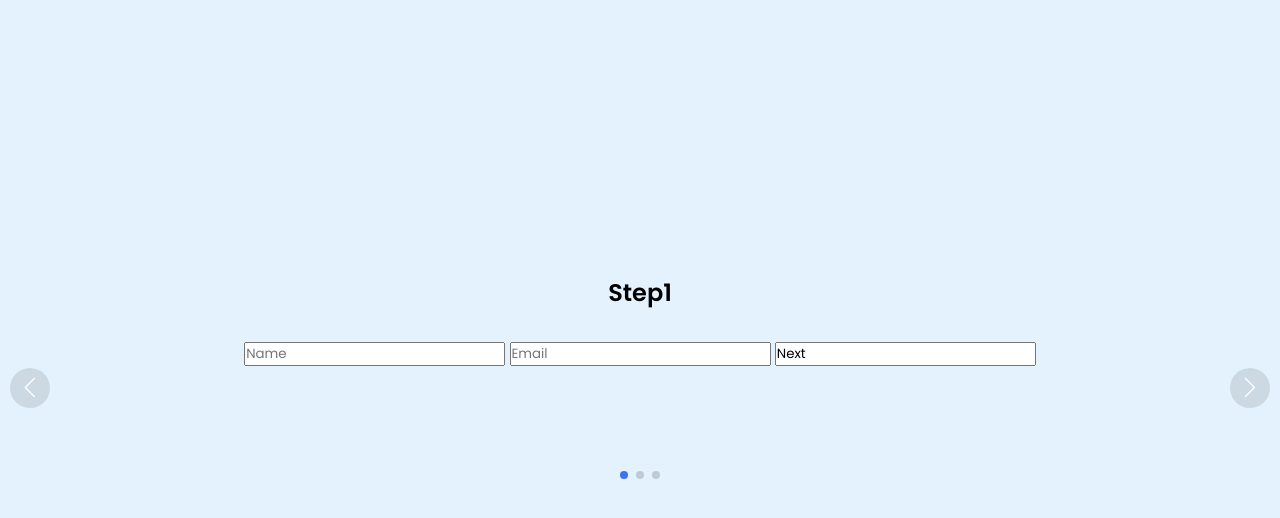
Repository: Habeebur1493/-22-multi-step-form
Page: index.html
These files come from the project's save history. The page is drawn as it stood at one moment and after the next save; the edit follows.
The browser window is 1280 px wide. The pictures show the whole page.

Above is the page before, as saved 2024-10-13 12:42:11.

### index.html
<!DOCTYPE html>
<html lang="en">
  <head>
    <meta charset="UTF-8" />
    <meta http-equiv="X-UA-Compatible" content="IE=edge" />
    <meta name="viewport" content="width=device-width, initial-scale=1.0" />
    <title>Responsive Testimonial Slider</title>

    <!-- Swiper CSS -->
    <link rel="stylesheet" href="css/swiper-bundle.min.css" />

    <!-- CSS -->
    <link rel="stylesheet" href="css/style.css" />

    <!-- Boxicons CSS -->
    <link
      href="https://unpkg.com/boxicons@2.1.2/css/boxicons.min.css"
      rel="stylesheet"
    />
  </head>
  <body>
    <section class="container">
      <div class="testimonial mySwiper">
        <div class="testi-content swiper-wrapper">
          <div class="slide swiper-slide">
            <h1>Step1</h1>
            <form action="">
              <input type="text" placeholder="Name" />
              <input type="email" placeholder="Email" />
              <input type="next" value="Next" />
            </form>
          </div>
          <div class="slide swiper-slide">

            <p>
              Lorem ipsum dolor sit amet, consectetur adipisicing elit. Aperiam,
              saepe provident dolorem a quaerat quo error facere nihil deleniti
              eligendi ipsum adipisci, fugit, architecto amet asperiores
              doloremque deserunt eum nemo.
            </p>

            <i class="bx bxs-quote-alt-left quote-icon"></i>

            <div class="details">
              <span class="name">Marnie Lotter</span>
              <span class="job">Web Developer</span>
            </div>
          </div>
          <div class="slide swiper-slide">

            <p>
              Lorem ipsum dolor sit amet, consectetur adipisicing elit. Aperiam,
              saepe provident dolorem a quaerat quo error facere nihil deleniti
              eligendi ipsum adipisci, fugit, architecto amet asperiores
              doloremque deserunt eum nemo.
            </p>

            <i class="bx bxs-quote-alt-left quote-icon"></i>

            <div class="details">
              <span class="name">Marnie Lotter</span>
              <span class="job">Web Developer</span>
            </div>
          </div>
        </div>
        <div class="swiper-button-next nav-btn"></div>
        <div class="swiper-button-prev nav-btn"></div>
        <div class="swiper-pagination"></div>
      </div>
    </section>

    <!-- Swiper JS -->
    <script src="js/swiper-bundle.min.js"></script>

    <!-- JavaScript -->
    <script src="js/script.js"></script>
  </body>
</html>

### css/style.css
/* Google Fonts - Poppins */
@import url("https://fonts.googleapis.com/css2?family=Poppins:wght@300;400;500;600&display=swap");

* {
  margin: 0;
  padding: 0;
  box-sizing: border-box;
  font-family: "Poppins", sans-serif;
}
.container {
  height: 100vh;
  width: 100%;
  display: flex;
  align-items: center;
  justify-content: center;
  background-color: #e3f2fd;
}
.testimonial {
  position: relative;
  max-width: 1400px;
  width: 100%;
  padding: 50px 0;
  overflow: hidden;
}
.testimonial .image {
  height: 170px;
  width: 170px;
  object-fit: cover;
  border-radius: 50%;
}
.testimonial .slide {
  display: flex;
  align-items: center;
  justify-content: center;
  flex-direction: column;
  row-gap: 30px;
  height: 100%;
  width: 100%;
}
.slide p {
  text-align: center;
  padding: 0 160px;
  font-size: 14px;
  font-weight: 400;
  color: #333;
}
.slide .quote-icon {
  font-size: 30px;
  color: #4070f4;
}
.slide .details {
  display: flex;
  flex-direction: column;
  align-items: center;
}
.details .name {
  font-size: 14px;
  font-weight: 600;
  color: #333;
}
.details .job {
  font-size: 12px;
  font-weight: 400;
  color: #333;
}
/* swiper button css */
.nav-btn {
  height: 40px;
  width: 40px;
  border-radius: 50%;
  transform: translateY(30px);
  background-color: rgba(0, 0, 0, 0.1);
  transition: 0.2s;
}
.nav-btn:hover {
  background-color: rgba(0, 0, 0, 0.2);
}
.nav-btn::after,
.nav-btn::before {
  font-size: 20px;
  color: #fff;
}
.swiper-pagination-bullet {
  background-color: rgba(0, 0, 0, 0.8);
}
.swiper-pagination-bullet-active {
  background-color: #4070f4;
}
@media screen and (max-width: 768px) {
  .slide p {
    padding: 0 20px;
  }
  .nav-btn {
    display: none;
  }
}

### js/script.js
var swiper = new Swiper(".mySwiper", {
  slidesPerView: 1,
  grabCursor: true,
  loop: true,
  pagination: {
    el: ".swiper-pagination",
    clickable: true,
  },
  navigation: {
    nextEl: ".swiper-button-next",
    prevEl: ".swiper-button-prev",
  },
});

Loaded but not shown: css/swiper-bundle.min.css (library); js/swiper-bundle.min.js (library)

After the next save:
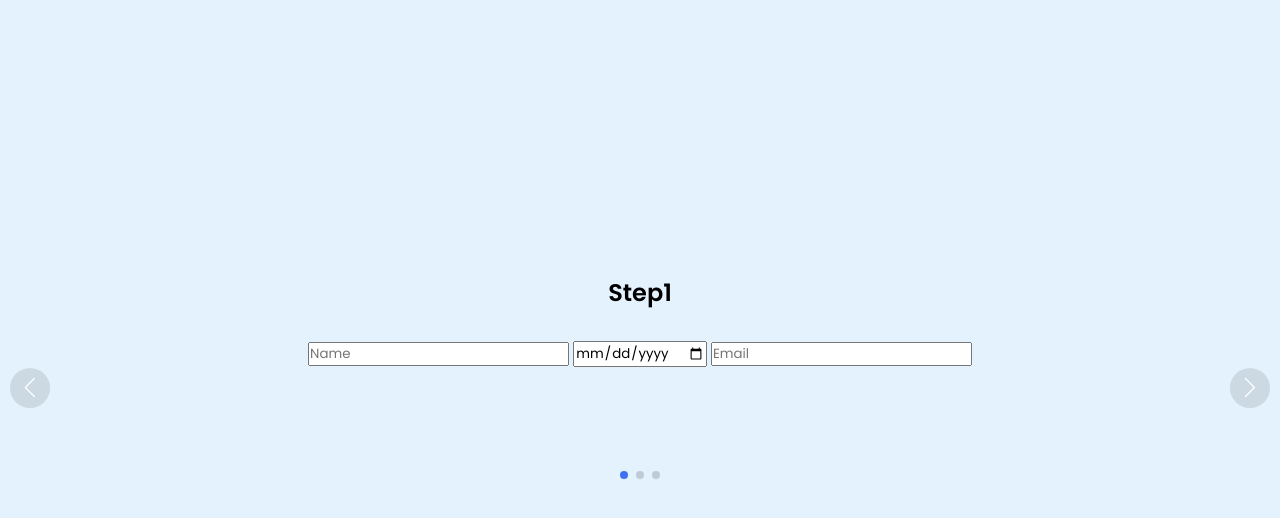
Saved 39 s later.
--- a/index.html
+++ b/index.html
@@ -26,8 +26,9 @@
             <h1>Step1</h1>
             <form action="">
               <input type="text" placeholder="Name" />
+              <input type="date" placeholder="Date of Birth" />
               <input type="email" placeholder="Email" />
-              <input type="next" value="Next" />
+
             </form>
           </div>
           <div class="slide swiper-slide">
